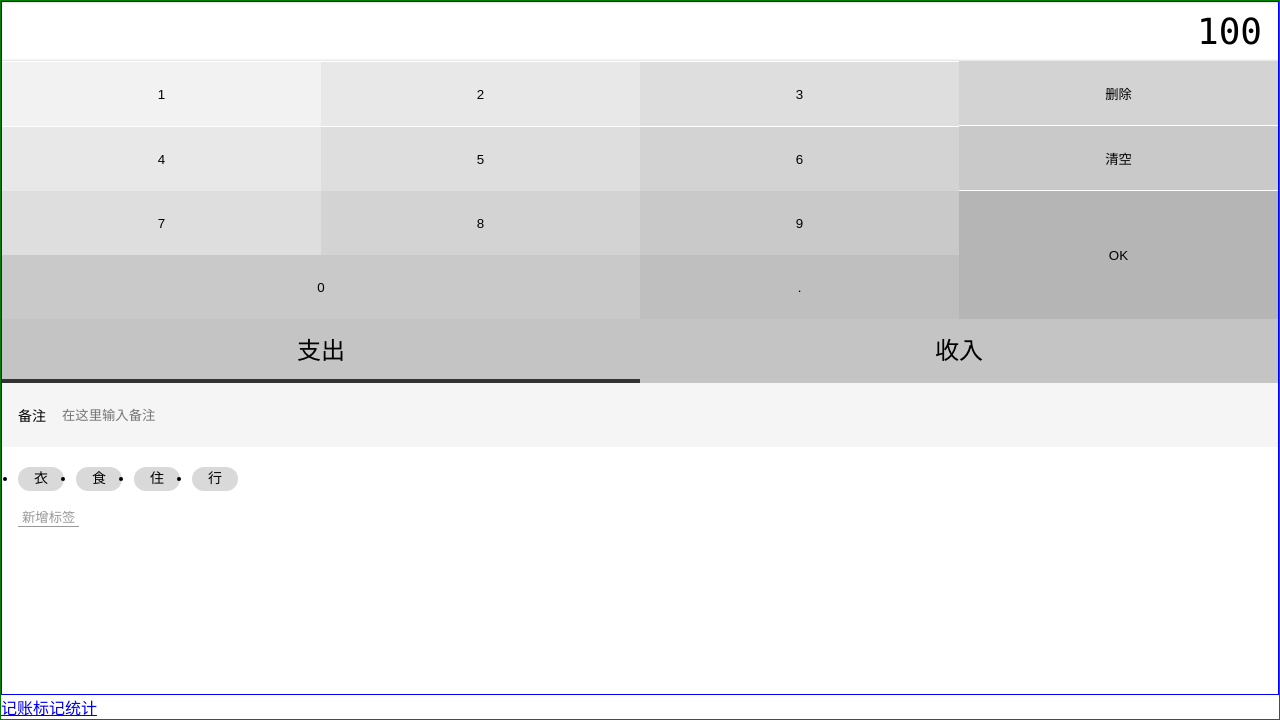
Repository: jiujiu407/bookkeeping
Page: /
The author's editor kept a copy of each file at every save. The page is drawn from the files as they stood at one save, then again after a run of saves.
The browser window is 1280 px wide. The pictures show the whole page.
The project was rebuilt for these pictures with package versions that can differ from the ones it lists, and the page was loaded fresh each time. Also part of the build but not shown: vue.config.js, src/views/Labels.vue, src/views/Statistics.vue, src/views/NotFound.vue.

Above is the page before, as saved 2021-10-15 15:03:55.

### src/main.ts
import Vue from 'vue'
import App from './App.vue'
import './registerServiceWorker'
import router from './router'
import store from './store'
import Nav from '@/components/Nav.vue';
import Layout from '@/components/Layout.vue';

Vue.config.productionTip = false
Vue.component('Nav',Nav)
Vue.component('Layout',Layout)
new Vue({
  router,
  store,
  render: h => h(App)
}).$mount('#app')

### src/App.vue
import router from '../.history/src/router/index_20211014144307';
<template>
<div>
  <router-view/>
</div>
</template>

<style lang="scss">
*{
  margin: 0;
  padding: 0;
  box-sizing: border-box;
}
#app {
  font-family: Avenir, Helvetica, Arial, sans-serif;
  -webkit-font-smoothing: antialiased;
  -moz-osx-font-smoothing: grayscale;
  text-align: center;
  color: #2c3e50;
}

#nav {
  padding: 30px;

  a {
    font-weight: bold;
    color: #2c3e50;

    &.router-link-exact-active {
      color: #42b983;
    }
  }
}
</style>

### src/router/index.ts
import Vue from 'vue'
import VueRouter, { RouteConfig } from 'vue-router'
import Money from '@/views/Money.vue'
import Labels from '@/views/Labels.vue'
import Statistics from '@/views/Statistics.vue'
import NotFound from '@/views/NotFound.vue'
Vue.use(VueRouter)

const routes: Array<RouteConfig> = [
  {
    // 根路径，重定向到money页面
    path:'/',
    redirect:'/money'
  },
 {
   path:'/money',
   component:Money
 },
 {
   path:'/labels',
   component:Labels
 },
 {
  path:'/statistics',
  component:Statistics
},
{
  // '*'指除了上面四个页面外的其他所有页面
  path:'*',
  component:NotFound
}
]

const router = new VueRouter({
  routes
})

export default router

### src/components/Nav.vue
<template>
    <div class="nav">
    <router-link to="/money">记账</router-link>
    <router-link to="/labels">标记</router-link>
    <router-link to="/statistics">统计</router-link>
  </div>
</template>

<script>
    export default {

    }
</script>
// scoped:样式只在当前组件范围生效
<style lang="scss" scoped>
import
.nav{
    border:1px solid red;
}

</style>

### src/components/Layout.vue
<template>
    <div class="nav-wrapper">
        <div class="content">
           <slot></slot>
        </div>
     <Nav />
    </div>
</template>

<script>
    export default {

    }
</script>

<style lang="scss" scoped>
.nav-wrapper{
    border:1px solid green;
    display:flex;
    flex-direction: column;
    height: 100vh;
}
.content{
    // 1的意思是尽量把所有的高度都给content,其他部分占剩下的
    flex-grow: 1;
    overflow: auto;
    border: 1px solid blue;
}
</style>

### src/views/Money.vue
import Money from '@/views/Money.vue';
import Layout from '@/components/Layout.vue';
<template>
    <div>
        <Layout class-prefix="layout">
          <div class="numberPad">
            <div class="output">100</div>
            <div class="buttons">
              <button>1</button>
              <button>2</button>
              <button>3</button>
              <button>删除</button>
              <button>4</button>
              <button>5</button>
              <button>6</button>
              <button>清空</button>
              <button>7</button>
              <button>8</button>
              <button>9</button>
              <button class="ok">OK</button>
              <button class="zero">0</button>
              <button>.</button>
            </div>
          </div>
          <div>
            <ul class="types">
              <li class="selected">支出</li>
              <li>收入</li>
            </ul>
          </div>
          <div>
            <label class="notes">
              <span class="name">备注</span>
              <input type="text" placeholder="在这里输入备注">
            </label>
          </div>
          <div class="tags">
            <div class="new">
              <button>新增标签</button>
            </div>
            <ul class="current">
              <li>衣</li>
              <li>食</li>
              <li>住</li>
              <li>行</li>
            </ul>
          </div>
        </Layout>
    </div>
</template>

<script>
    export default {
        name: "Money",
    }
</script>
<style lang="scss">
.layout-content{
  display: flex;
  flex-direction: column-reverse;
}
</style>
<style lang="scss" scoped>
@import "src/assets/style/helper";
.numberPad{
  .output{
    @extend %clearFix;
    @extend %innerShadow;
    font-size: 36px;
    font-family: Consolas, monospace;
    padding: 9px 16px;
    text-align: right;
  }
  .buttons{
    @extend %clearFix;
    > button{
      width: 25%;
      height: 64px;
      background: transparent;
      border: none;
      &.ok{
        height: 64*2px;
        float: right;
      }
      &.zero {
        width: 25% * 2;
      }
      $bg: #f2f2f2;
      &:nth-child(1){
        background: $bg;
      }
      &:nth-child(2),&:nth-child(5){
        background: darken($bg,4%);
      }
      &:nth-child(3),&:nth-child(6),&:nth-child(9){
        background: darken($bg,4*2%);
      }
      &:nth-child(4),&:nth-child(7),&:nth-child(10){
        background: darken($bg,4*3%);
      }
      &:nth-child(8),&:nth-child(11),&:nth-child(13){
        background: darken($bg,4*4%);
      }
      &:nth-child(14){
        background: darken($bg,4*5%);
      }
      &:nth-child(12){
        background: darken($bg,4*6%);
      }

    }
  }
}
.types{
  background: #c4c4c4;
  display: flex;
  text-align: center;
  font-size: 24px;
  > li {
    width: 50%;
    line-height: 64px;
    display: flex;
    justify-content: center;
    align-items: center;
    position: relative;
    &.selected::after {
      content: '';
      position: absolute;
      bottom: 0;
      left: 0;
      width: 100%;
      height: 4px;
      background: #333;
    }
  }
}
.notes{
  font-size: 14px;
  background: #f5f5f5;
  display: flex;
  padding-left: 16px;
  align-items: center;
  .name{
      padding-right: 16px;
  }
  input{
     height: 64px;
    flex-grow: 1;
    background: transparent;
    border: none;
    padding-right: 16px;
  }
}
.tags {
  font-size: 14px;
  padding: 16px;
  flex-grow: 1;
  display: flex;
  flex-direction: column-reverse;
  > .current {
    display: flex;
    flex-wrap: wrap;
    > li{
      background: #d9d9d9;
      $h:24px;
      height: $h;
      border-radius: $h/2;
      padding: 0 16px;
      margin-right: 12px;
      line-height: $h;
      margin-top: 4px;
    }
  }
  > .new{
    padding-top: 16px;
    button{
      background: transparent;
      border: none;
      color: #999;
      border-bottom: 1px solid;
      padding: 0 4px;
    }
  }
}
</style>

### src/assets/style/helper.scss
$font-hei: -apple-system, "Helvetica Neue", Helvetica, "Nimbus Sans L", Arial, "Liberation Sans", "PingFang SC", "Hiragino Sans GB", "Source Han Sans CN", "Source Han Sans SC", "Microsoft YaHei", "Wenquanyi Micro Hei", "WenQuanYi Zen Hei", "ST Heiti", SimHei, "WenQuanYi Zen Hei Sharp", sans-serif;
$font-kai:Baskerville, Georgia, "Liberation Serif", "Kaiti SC", STKaiti, "AR PL UKai CN", "AR PL UKai HK", "AR PL UKai TW", "AR PL UKai TW MBE", "AR PL KaitiM GB", KaiTi, KaiTi_GB2312, DFKai-SB, "TW\-Kai", serif;
$font-song: Georgia, "Nimbus Roman No9 L", "Songti SC", STSong, "AR PL New Sung", "AR PL SungtiL GB", NSimSun, SimSun, "TW\-Sung", "WenQuanYi Bitmap Song", "AR PL UMing CN", "AR PL UMing HK", "AR PL UMing TW", "AR PL UMing TW MBE", PMingLiU, MingLiU, serif;
$color-hughlight: #f00;

%clearFix{
  &::after{
    content: '';
    clear: both;
    display: block;
  }
}
$color-shadow: rgba(0,0,0,0.25);
%outerShadow{
  box-shadow: 0 0 3px $color-shadow;
}
%innerShadow{
  box-shadow: inset 0 -3px 3px -3px $color-shadow,
  inset 0 3px 3px -3px $color-shadow;
}

Loaded but not shown: public/index.html (common file); src/registerServiceWorker.ts (common file); src/store/index.ts (common file)

After the next 8 saves:
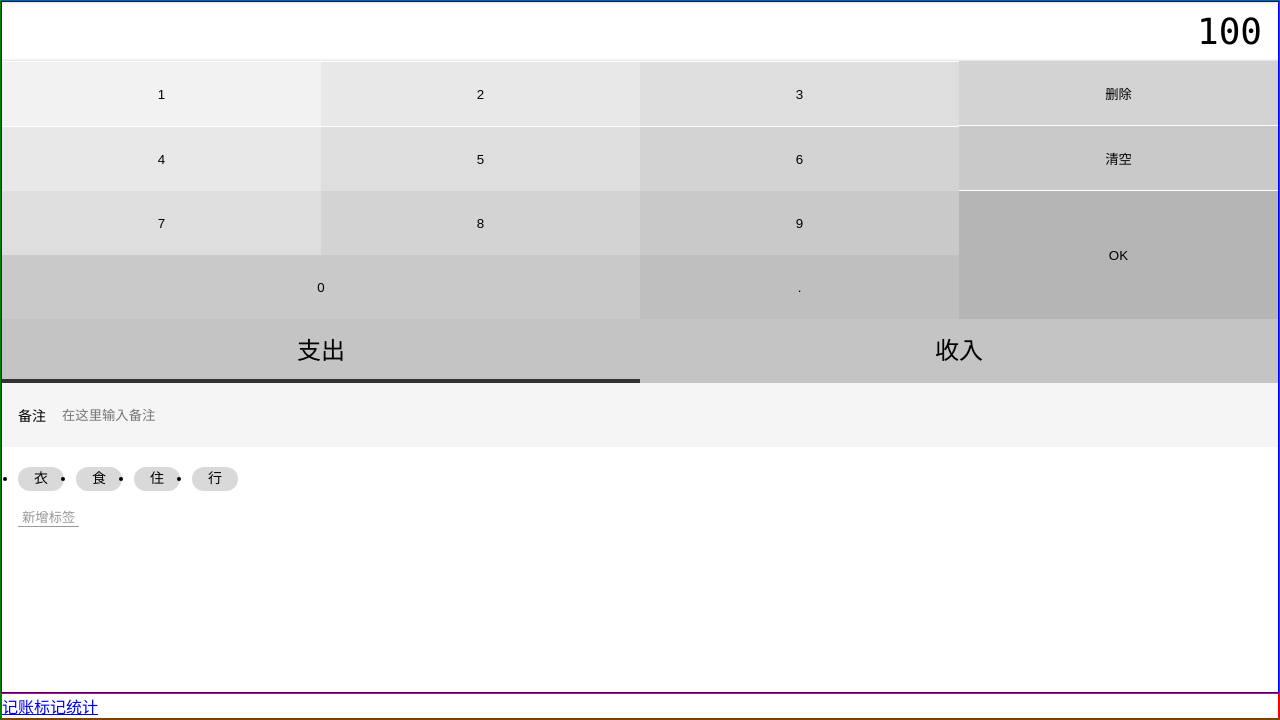
The 8 saves are shown as one change because 2 did not build or start and some came seconds apart.
The last was saved 32 s later.
--- a/src/components/Nav.vue
+++ b/src/components/Nav.vue
@@ -13,7 +13,7 @@
 </script>
 // scoped:样式只在当前组件范围生效
 <style lang="scss" scoped>
-import
+
 .nav{
     border:1px solid red;
 }
